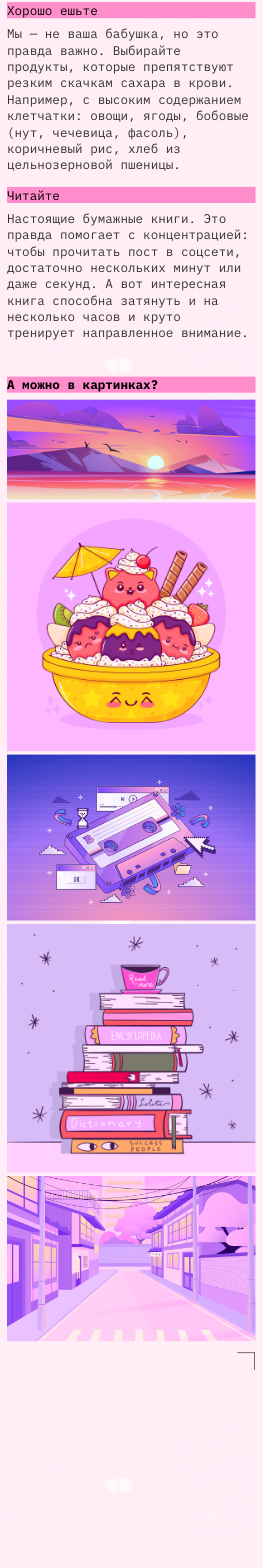
Repository: Hadoooouken/slozhno-sosredotochitsya
Page: index.html
An editor plug-in stored every save of this project. The page is shown before and after a run of saves, followed by the edit.
The browser window is 375 px wide. The pictures show the part of the page from y = 4260 to 6500 px (the page is 6981 px tall before and 7031 px after), at 70% of full size.
Backgrounds fixed to the window are drawn as part of the page.

Above is the page before, as saved 2024-01-24 23:02:54.

After the next 4 saves:
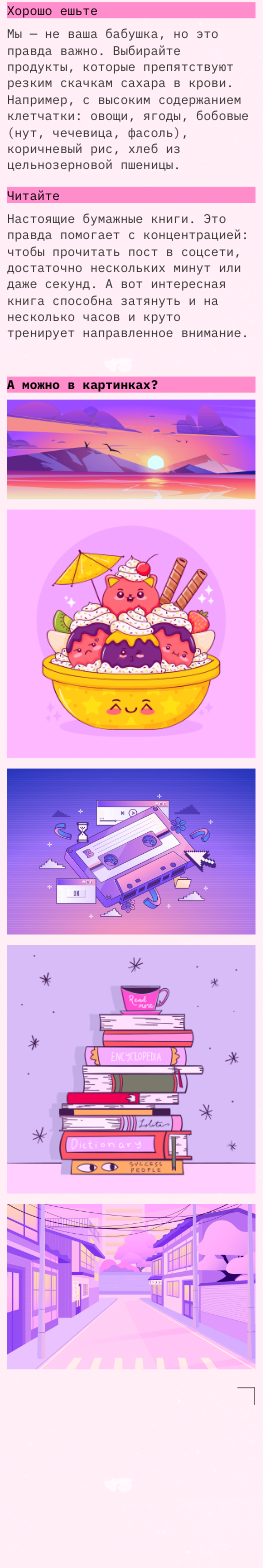
The 4 saves are shown as one change because they came seconds apart.
The last was saved 15 s later.
--- a/styles/style.css
+++ b/styles/style.css
@@ -430,4 +430,7 @@
     display: block;
     margin: 0;
   }
-}
+  .galery__list-item {
+    margin-block-end: 10px;
+  }
+}
